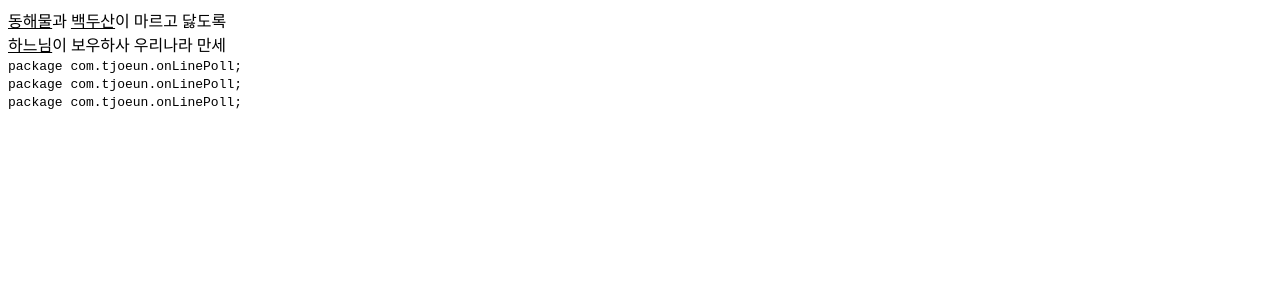
Repository: sangah-park98/jsp-class
Page: k20230503_1_html/src/main/webapp/15_u_code_kbd_sup_sub.html
An editor plug-in stored every save of this project. The page is shown before and after the next save, followed by the edit.
The browser window is 1280 px wide. The pictures show the whole page.

Above is the page before, as saved 2023-05-03 07:34:44.

### k20230503_1_html/src/main/webapp/15_u_code_kbd_sup_sub.html
<!DOCTYPE html>
<html>
<head>
<meta charset="UTF-8">
<title>u code kbd sup sub</title>

<style type="text/css">

	span {
		text-decoration: underline;
	}

</style>

</head>
<body>

<!--
	<u> 태그는 밑줄을 표시한다.
	<code> 태그는 <pre> 태그와 비슷한 기능을 하며 웹 문서에 프로그램 소스 코드를 넣을 때 사용한다.
-->

<u>동해물</u>과 <u>백두산</u>이 마르고 닳도록<br>
<span>하느님</span>이 보우하사 우리나라 만세<br>

<code>
	package com.tjoeun.onLinePoll;<br>
	package com.tjoeun.onLinePoll;<br>
	package com.tjoeun.onLinePoll;<br>
</code>

</body>
</html>

After the next save:
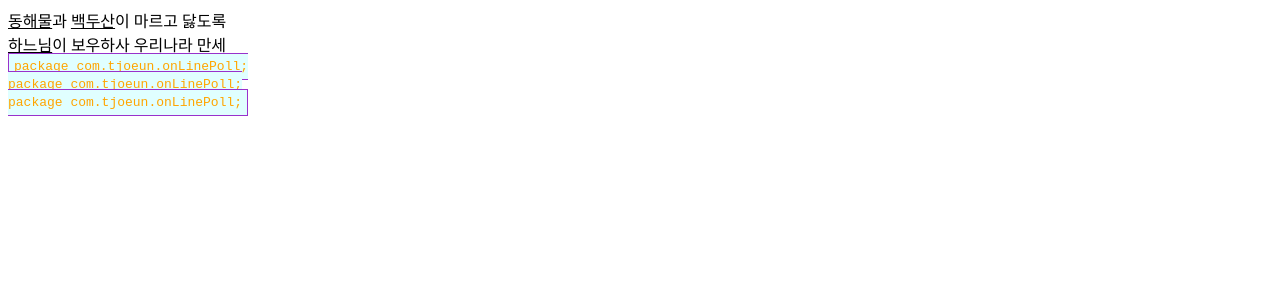
Saved 82 s later.
--- a/k20230503_1_html/src/main/webapp/15_u_code_kbd_sup_sub.html
+++ b/k20230503_1_html/src/main/webapp/15_u_code_kbd_sup_sub.html
@@ -8,6 +8,12 @@
 
 	span {
 		text-decoration: underline;
+	}
+	code{
+		color: orange;
+		background-color: lightcyan;
+		padding: 5px;
+		border: 1px solid darkorchid;
 	}
 
 </style>
